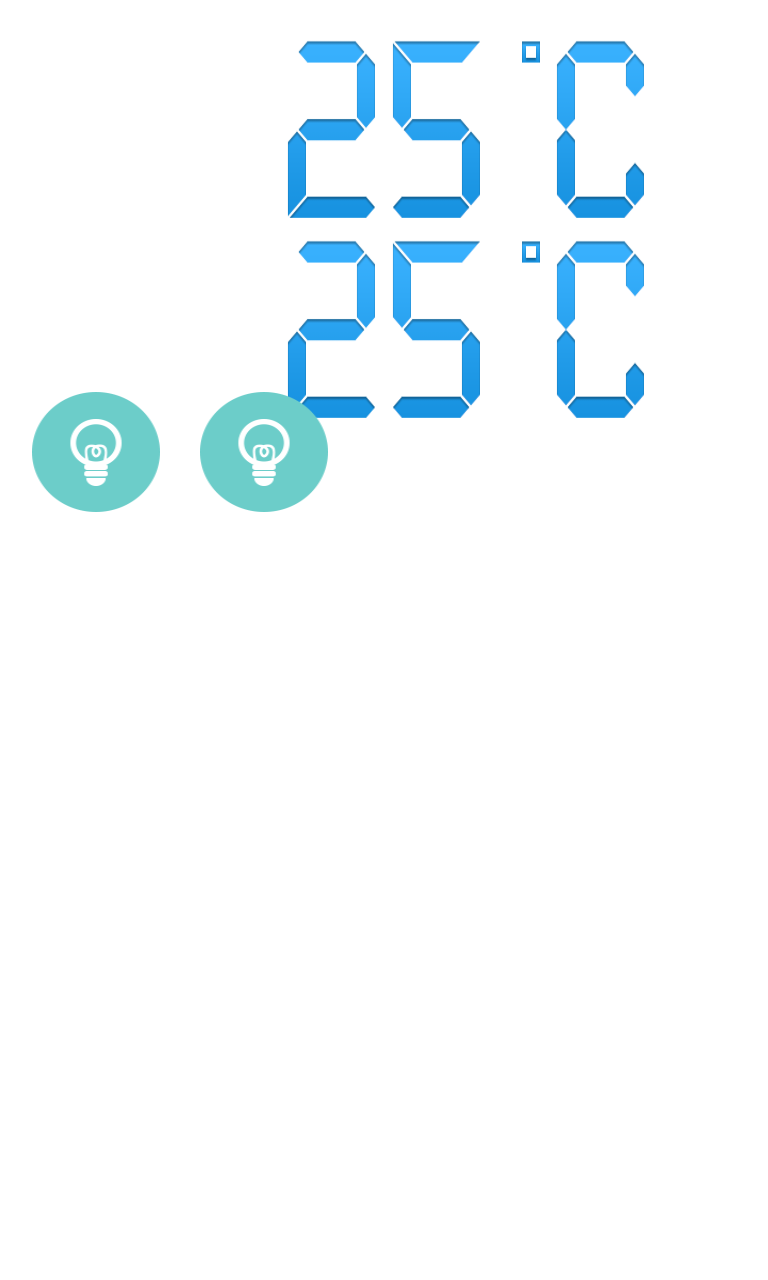
Repository: MyungSinKim/mqtt-demo
Layout: cloud2-demo/res/layout/main.xml
An editor plug-in stored every save of this project. The layout is shown before and after the next save, followed by the edit.
It is drawn on a 768 x 1280 px phone screen (xhdpi) without system bars, with theme AppTheme; the app's code is not run.

Above is the layout before, as saved 2015-11-02 05:07:15.

After the next save:
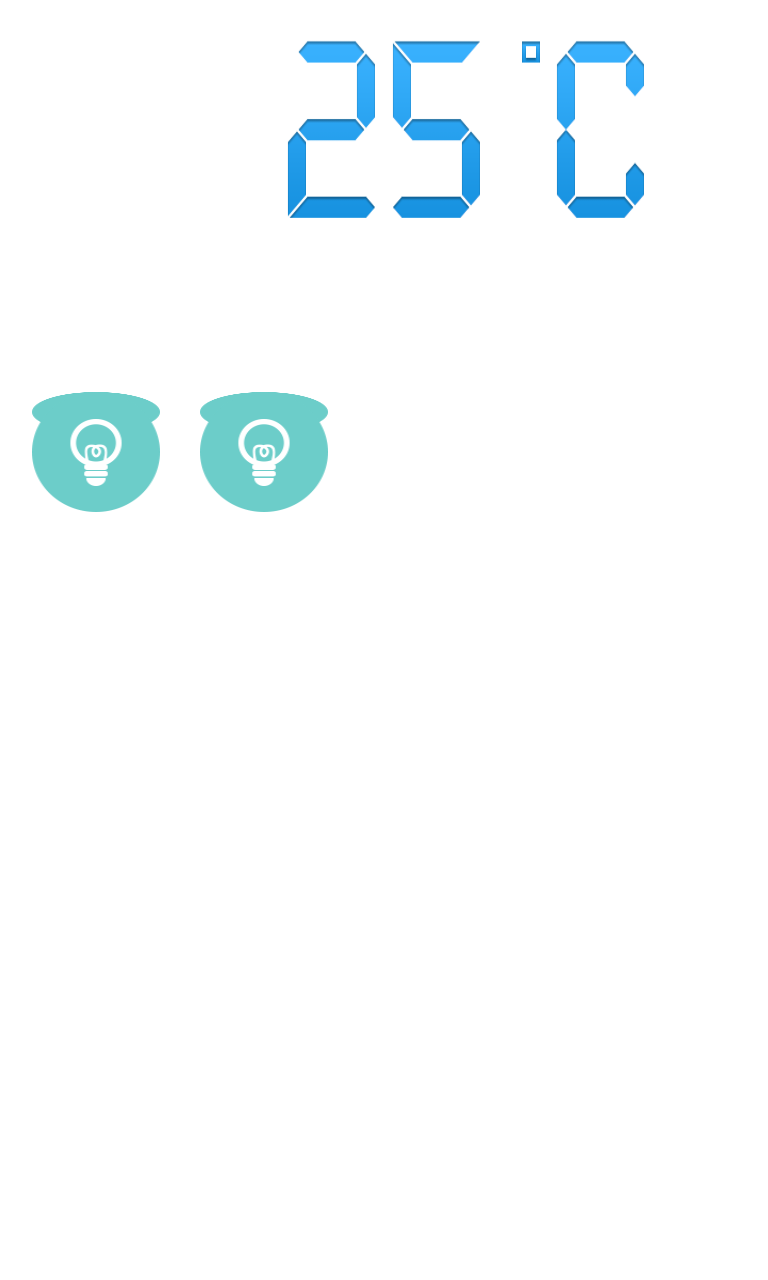
Saved 14 s later.
--- a/cloud2-demo/res/layout/main.xml
+++ b/cloud2-demo/res/layout/main.xml
@@ -32,19 +32,25 @@
         android:layout_height="100dp"
         android:layout_below="@+id/rl1">
 
-        <ImageView
-            android:id="@+id/temperture_iv"
-            android:layout_width="wrap_content"
-            android:layout_height="100dp"
-            android:background="@drawable/num_25"
-            android:layout_centerHorizontal="true" />
-        <ImageView
-            android:id="@+id/temperture_unit_iv"
-            android:layout_width="wrap_content"
-            android:layout_height="100dp"
-            android:background="@drawable/air_du"
-            android:layout_toRightOf="@id/temperture_iv"
-            android:layout_marginLeft="10dp"/>
+       <Button
+        android:id="@+id/imageButton1"
+        android:layout_width="wrap_content"
+        android:layout_height="wrap_content"
+        android:layout_below="@+id/rl1"
+        android:layout_marginTop="80dp"
+        android:background="@drawable/light_off"
+        android:tag="off" />
+
+    <Button
+        android:id="@+id/imageButton2"
+        android:layout_width="wrap_content"
+        android:layout_height="wrap_content"
+        android:layout_alignTop="@+id/imageButton1"
+        android:layout_below="@+id/rl1"
+        android:layout_marginLeft="20dp"
+        android:layout_toRightOf="@id/imageButton1"
+        android:background="@drawable/light_off"
+        android:tag="off" />
     </RelativeLayout>
 
     <Button
